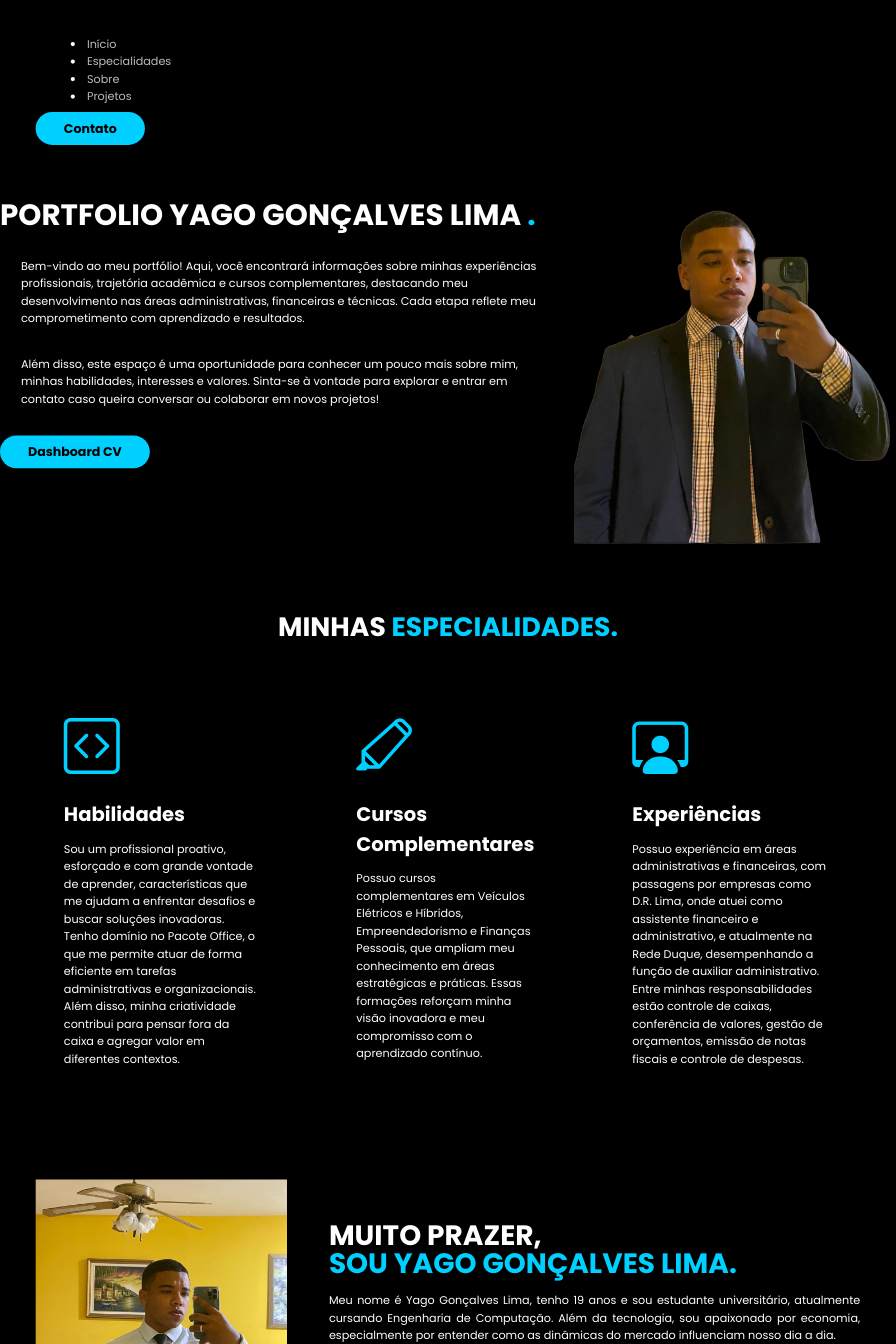
Repository: yagolima1511/Portfolio
Page: index.html
An editor plug-in stored every save of this project. The page is shown before and after the next save, followed by the edit.
The browser window is 1280 px wide. The pictures show the part of the page from y = 0 to 1920 px (the page is 3596 px tall before and 3579 px after), at 70% of full size.

Above is the page before, as saved 2025-02-22 14:14:41.

After the next save:
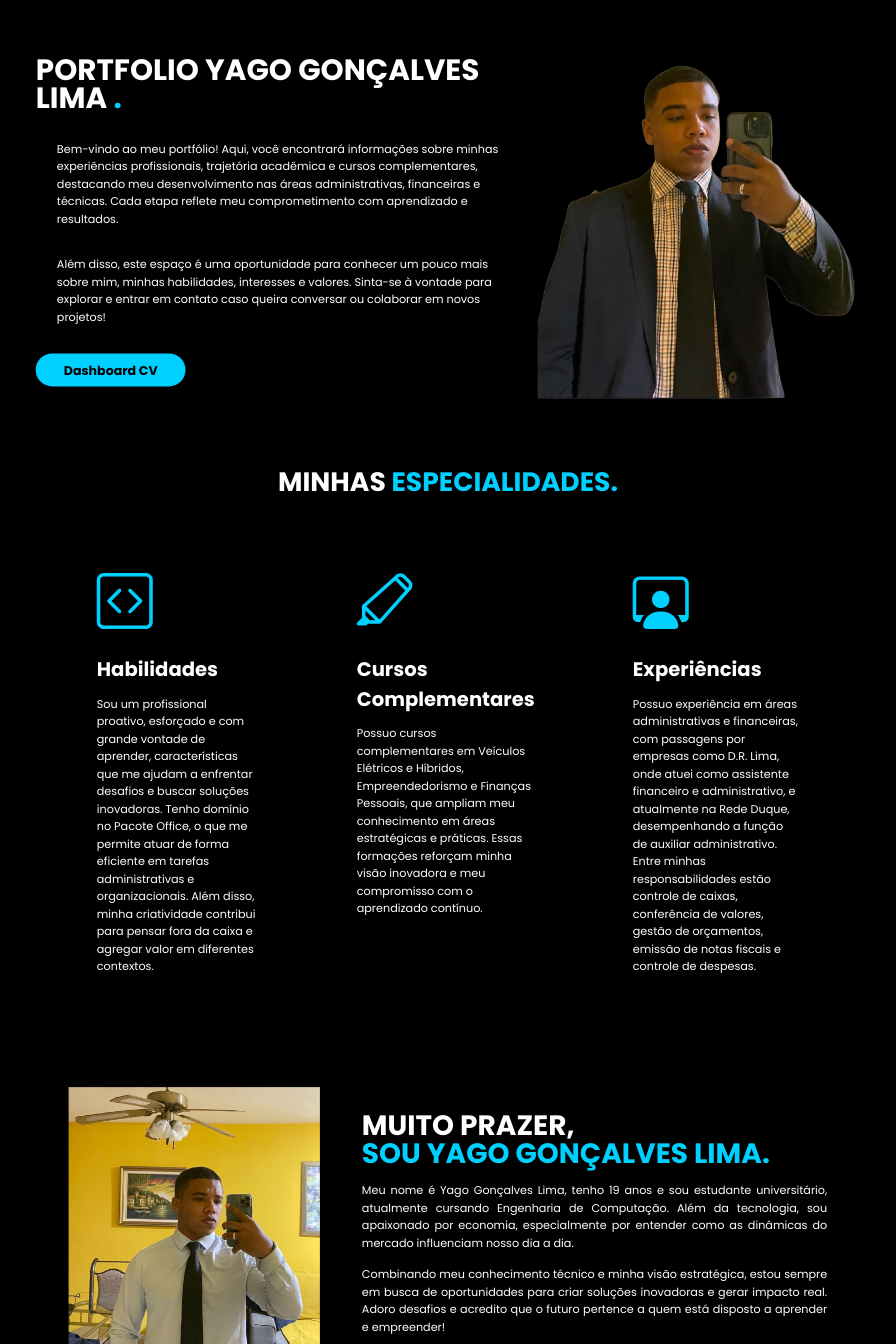
Saved 18 s later.
--- a/index.html
+++ b/index.html
@@ -14,24 +14,7 @@
 <body>
 
     <header>
-        <div class="interface">
-            <div class="menu-mobile" onclick="toggleMenu()">
-                    <ul>
-                        <li><a href="#início">Início</a></li>
-                        <li><a href="#especialidades">Especialidades</a></li>
-                        <li><a href="#sobre">Sobre</a></li>
-                        <li><a href="#projetos">Projetos</a></li>
-                    </ul>
-                </nav>
-             </nav>
 
-             <div class="btn-contato">
-                <a href="https://api.whatsapp.com/send?phone=5511951423405">
-                    <button>Contato</button>
-                </a>
-             </div>
-        </div><!--INTERFACE-->
-    </header>
 
     <main>
         <section id="início">
